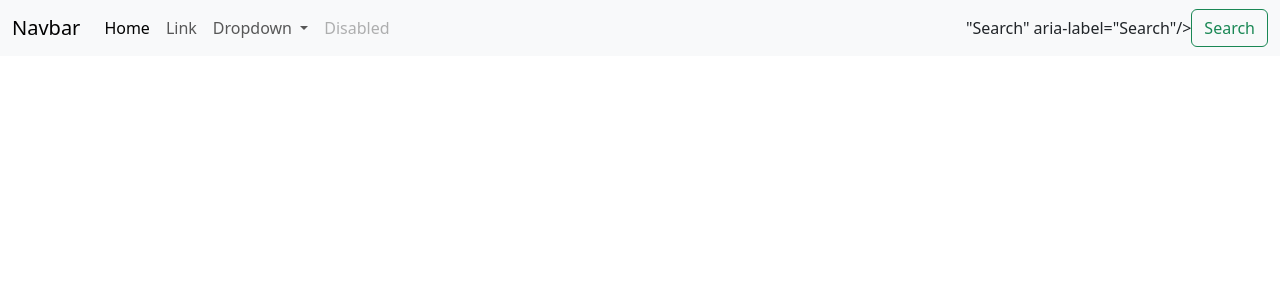
Repository: Laibaaa10/zarrin-website
Page: zarrin-website/index.html
The author's editor kept a copy of each file at every save. The page is drawn from the files as they stood at one save, then again after the next save.
The browser window is 1280 px wide. The pictures show the whole page.

Above is the page before, as saved 2026-06-29 20:46:06.

After the next save:
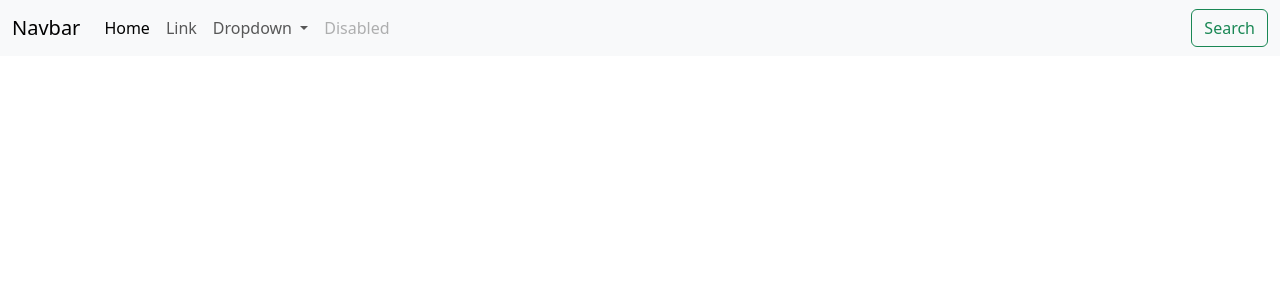
Saved 6 s later.
--- a/zarrin-website/index.html
+++ b/zarrin-website/index.html
@@ -37,7 +37,6 @@
           <a class="nav-link disabled" aria-disabled="true">Disabled</a>
         </li>
       </ul>
-      "Search" aria-label="Search"/>
         <button class="btn btn-outline-success" type="submit">Search</button>
     </div>
   </div>
